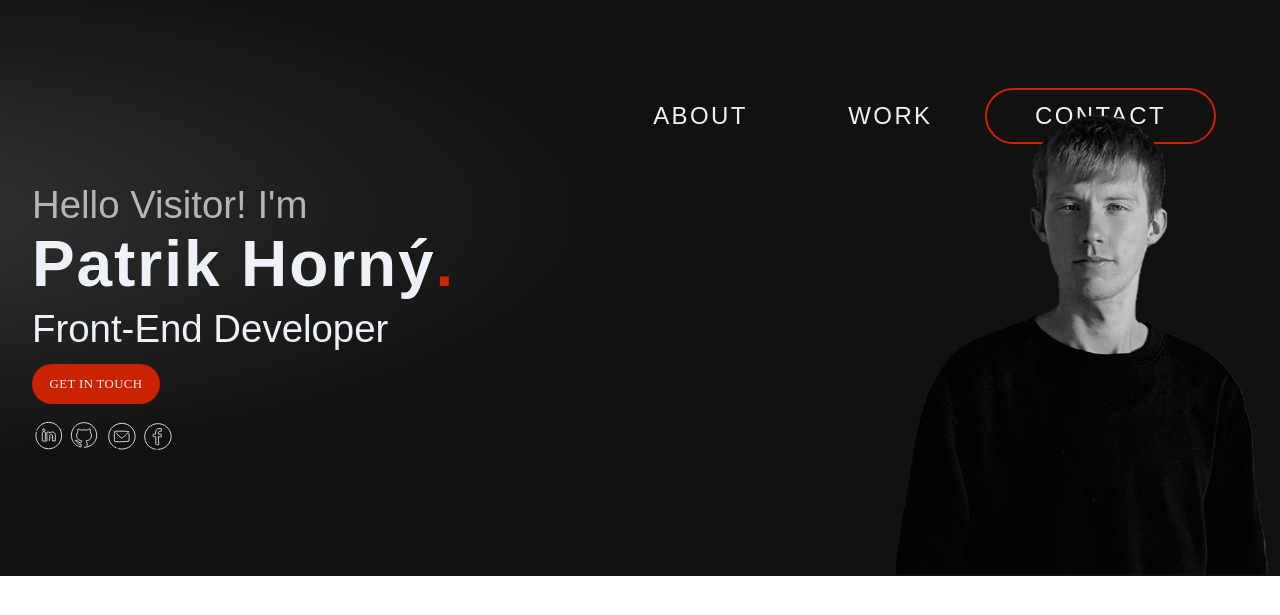
Repository: Spreceriany/portfolio
Page: index.html
The author's editor kept a copy of each file at every save. The page is drawn from the files as they stood at one save, then again after the next save.
The browser window is 1280 px wide. The pictures show the whole page.
Some web fonts or font styles are not loaded; a fallback is used. The style sheet was rebuilt from its Sass, Less or Tailwind sources for each picture, by a compiler version that may differ from the author's.

Above is the page before, as saved 2021-03-07 18:11:04.

After the next save:
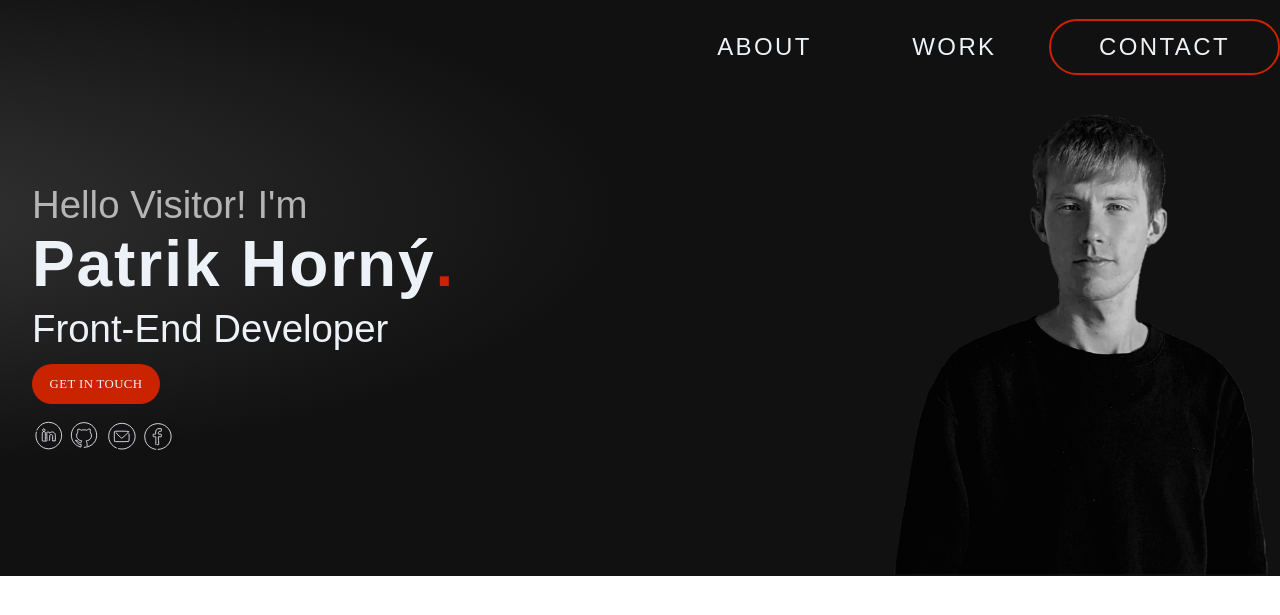
Saved 8 s later.
--- a/css/style.scss
+++ b/css/style.scss
@@ -30,8 +30,7 @@ header {
   left: 0;
   right: 0;
   display: flex;
-  padding-right: 4em;
-  padding-top: 5em;
+
   justify-content: flex-end;
   nav {
     min-height: 10vh;
